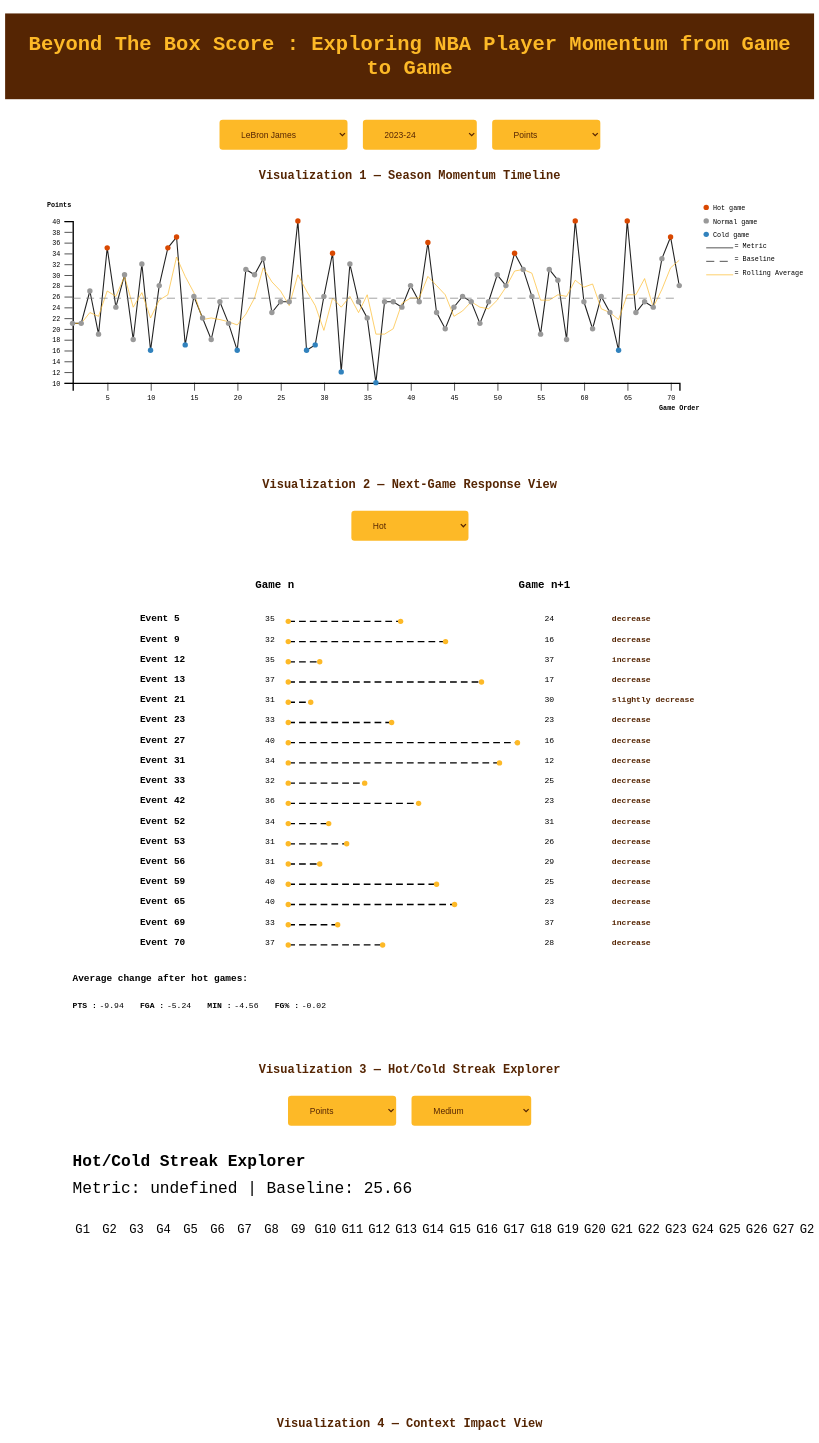
Repository: houdafatih/Data-Viz-Project
Page: index.html
The author's editor kept a copy of each file at every save. The page is drawn from the files as they stood at one save, then again after the next save.
The browser window is 1280 px wide. The pictures show the whole page, at 64% of full size.

Above is the page before, as saved 2026-06-20 09:48:16.
Console error: TypeError: Cannot read properties of undefined (reading 'selectAll')

After the next save:
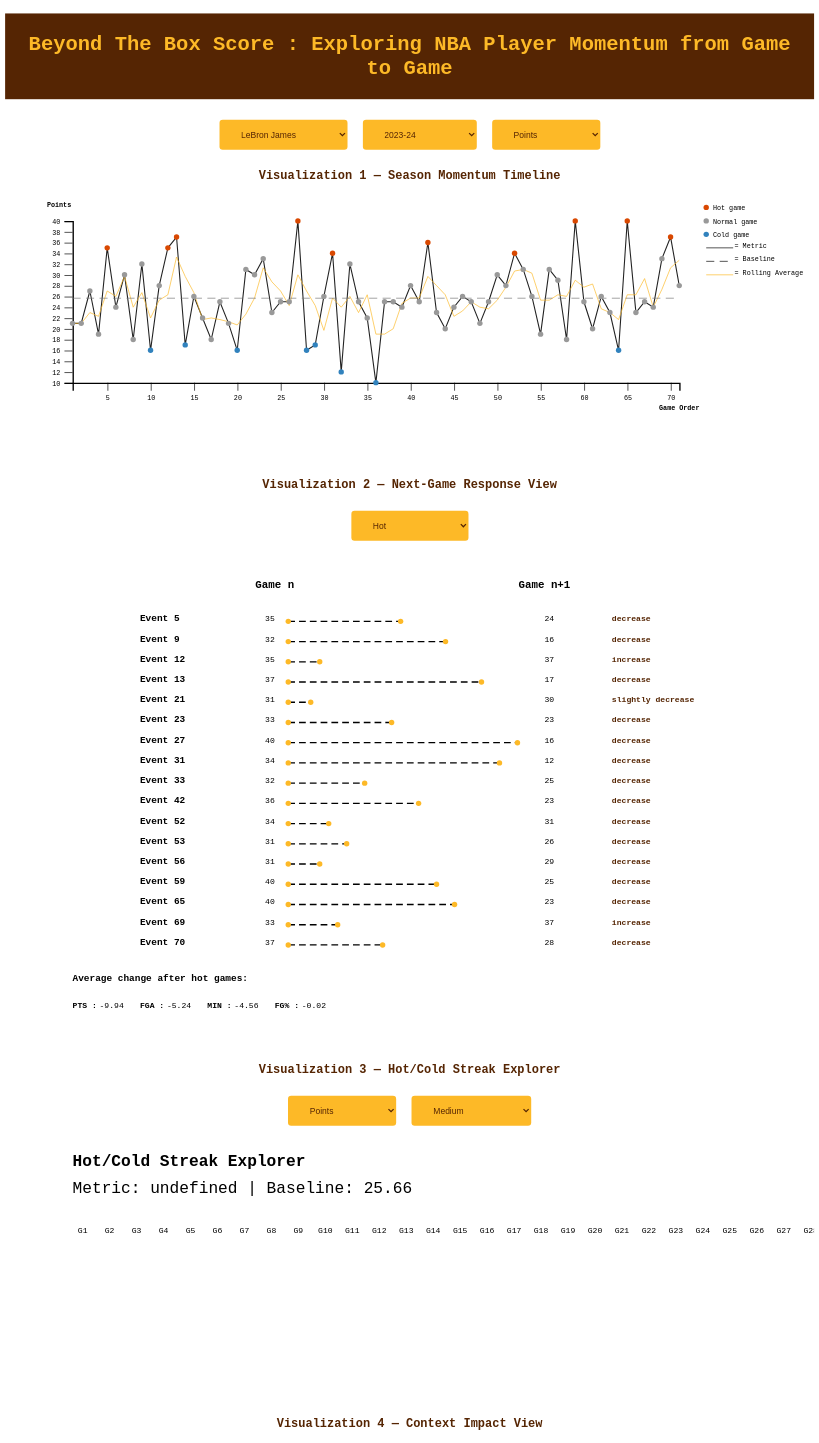
Saved 32 s later.
--- a/scripts/visualization3.js
+++ b/scripts/visualization3.js
@@ -79,7 +79,7 @@
 function addLablels(svg, classification,canvas){
     svg.selectAll(".game-label").data(classification).enter().append("text").attr("class","game-label")
     .attr("x",(d,j) => canvas.margin.left + j * 20 + 15 /2).attr("y",75).attr("text-anchor","middle")
-    .attr("font-size","9px").text(d => `G${d.g_num}`)
+    .attr("font-size","6px").text(d => `G${d.g_num}`)
 }
 
 function addCells(svg, classification,canvas,scale){
